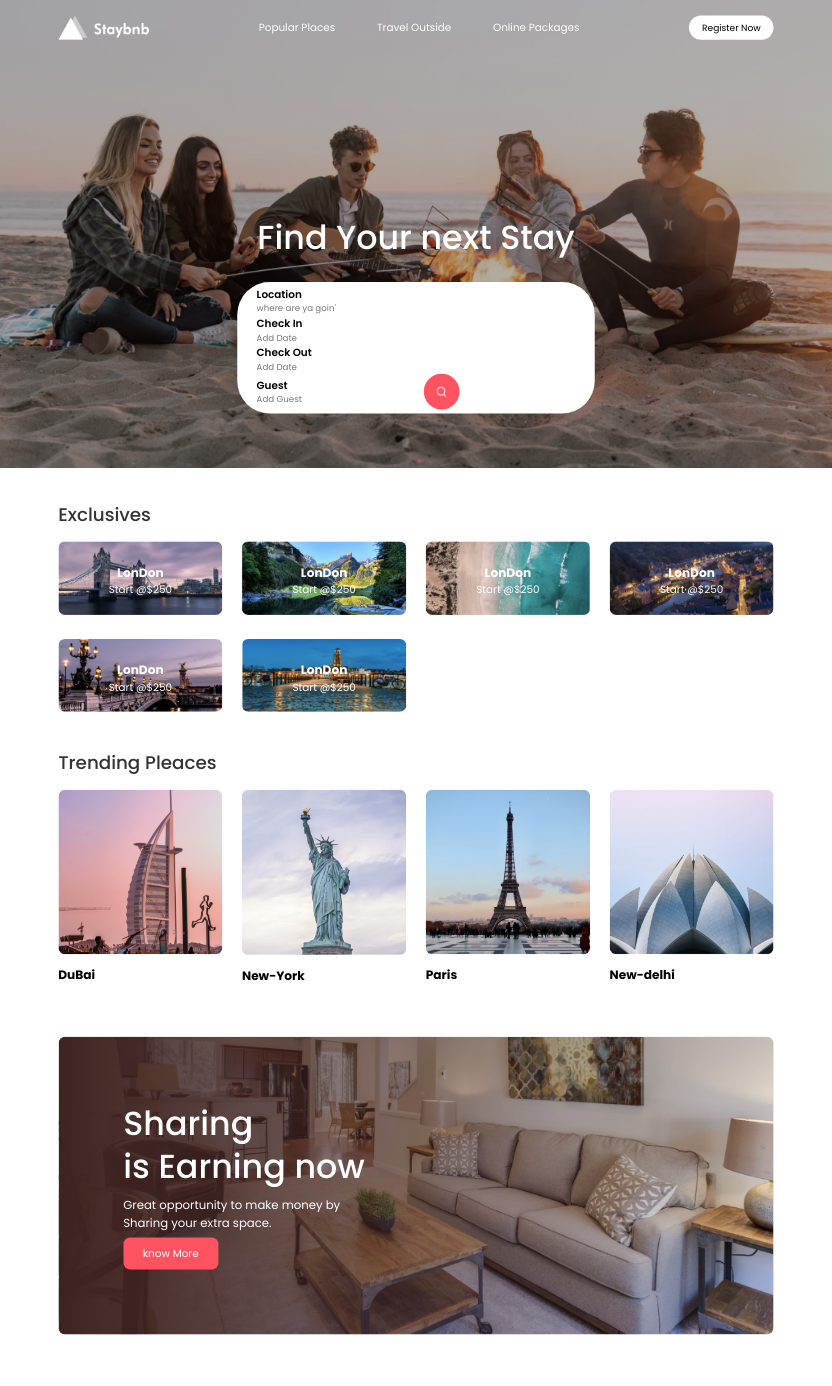
Repository: pinocoding/AirBnB
Page: house.html
These files come from the project's save history. The page is drawn as it stood at one moment and after the next save; the edit follows.
The browser window is 1280 px wide. The pictures show the whole page, at 65% of full size.

Above is the page before, as saved 2022-01-23 16:02:04.

After the next save:
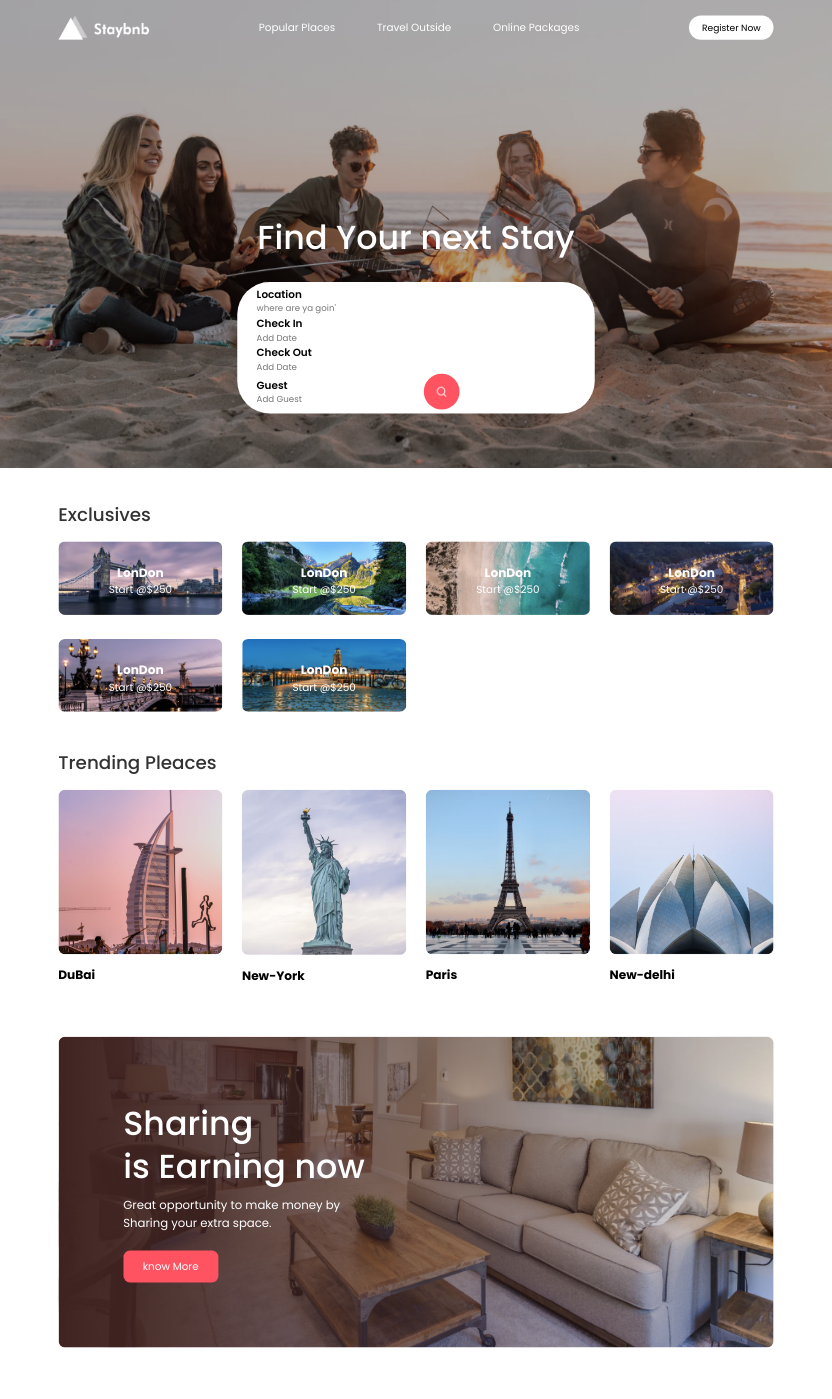
Saved 5 s later.
--- a/style.css
+++ b/style.css
@@ -172,7 +172,7 @@ padding-top: 22%
   text-decoration: none;
   padding: 12px  30px ;
   border-radius: 10px;
-  margin-top:00px ;
+  margin-top:20px ;
   display: inline-block;
 
 }
